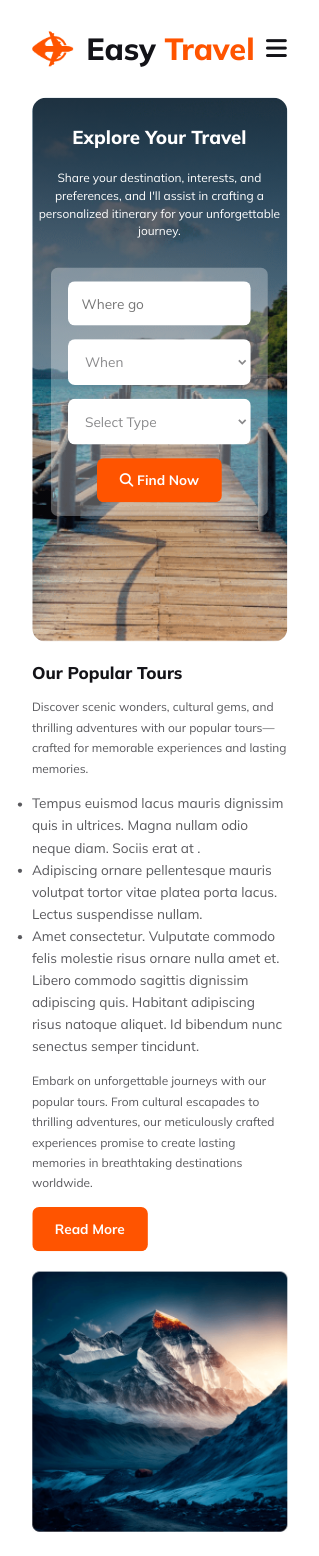
Repository: ShouravAhammed/Assignment-2
Page: index.html
These files come from the project's save history. The page is drawn as it stood at one moment and after the next save; the edit follows.
The browser window is 375 px wide. The pictures show the whole page, at 85% of full size.
Some web libraries are served in a nearby version.

Above is the page before, as saved 2024-01-16 05:08:24.

After the next save:
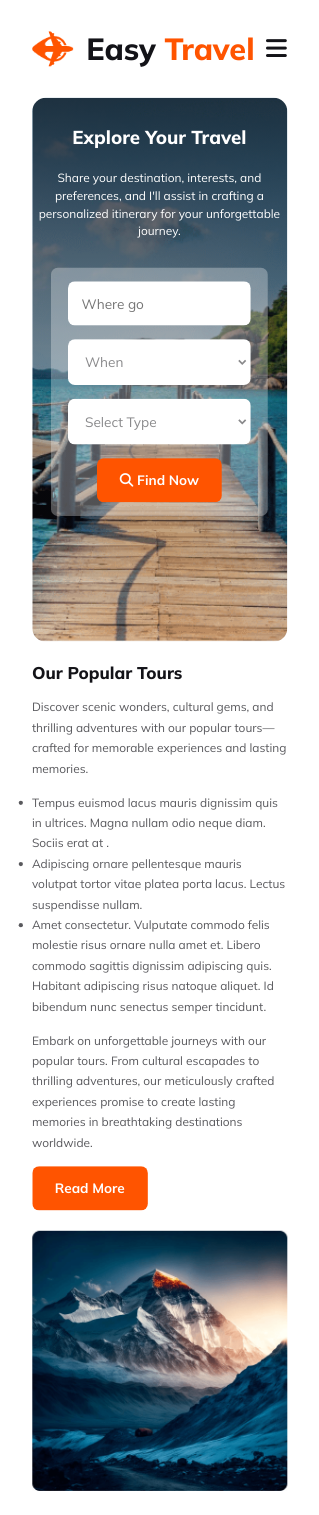
Saved 86 s later.
--- a/styles/style.css
+++ b/styles/style.css
@@ -290,6 +290,10 @@
     .tour-text{
         width: 100%;
     }
+    .tour-list > li{
+        font-size: 0.875rem;
+        line-height: 24px;
+    }
     .tour-img{
         width: 100%;
     }
